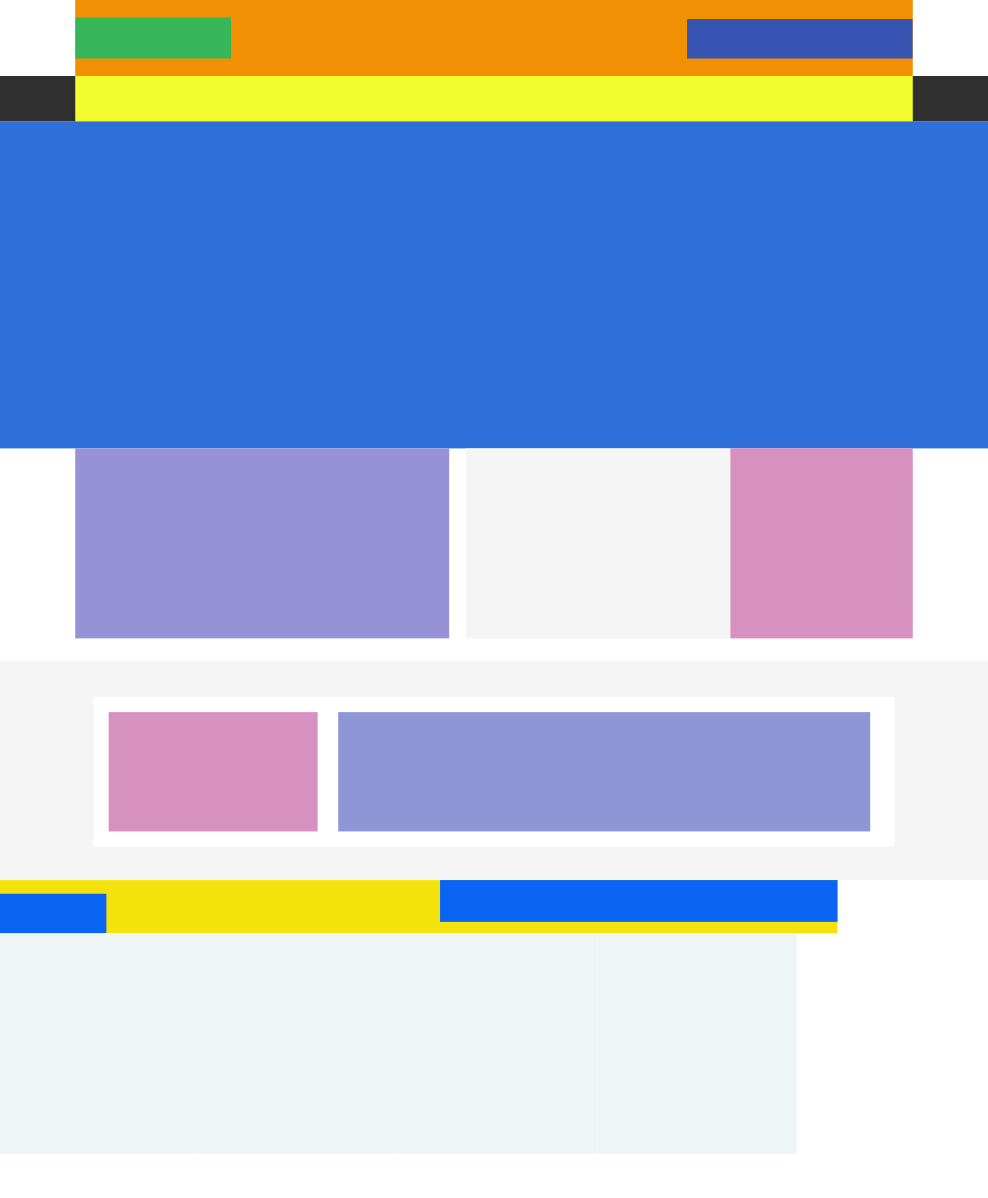
Repository: A1LExX/H5_study_set
Page: day04/扣丁.html
An editor plug-in stored every save of this project. The page is shown before and after the next save, followed by the edit.
The browser window is 1280 px wide. The page is 1300 px wide, so the pictures cover 1300 px, including what lies to the right of the window. The pictures show the whole page, at 76% of full size.

Above is the page before, as saved 2021-06-24 22:24:59.

### day04/扣丁.html
<!--
@author [Alex Wei]
@email [w2262196@outlook.com]
@create date 2021-06-24 19:47:26
@modify date 2021-06-24 20:46:20
@desc [description]
-->
<!DOCTYPE html>
<html lang="en">

<head>
    <meta charset="UTF-8">
    <meta http-equiv="X-UA-Compatible" content="IE=edge">
    <meta name="viewport" content="width=device-width, initial-scale=1.0">
    <title>扣丁学堂</title>
    <link rel="stylesheet" href="./css/codingke.css">
</head>

<body>
    <div class="header">
        <div class="insideHeader">
            <div class="leftBox"></div>
            <div class="rightBox"></div>
        </div>
    </div>
    <div class="con1">
        <div class="out1"></div>
    </div>
    <div class="con2"></div>
    <div class="con3">
        <div class="out2">
            <div class="con3Box1"></div>
            <div class="con3Box2"></div>
            <div class="con3Box3"></div>
        </div>
    </div>
    <div class="con4">
        <div class="out3">
            <div class="con4Box1"></div>
            <div class="con4Box2"></div>
        </div>
    </div>
    <div class="con5">
        <div out="out4">
            <div class="out4_1">
                <div class="out4_1Box1"></div>
                <div class="out4_1Box2"></div>
            </div>
            <div class="out4_2">
                <div class="out4_2Box1"></div>
                <div class="out4_2Box2"></div>
                <div class="out4_2Box3"></div>
                <div class="out4_2Box4"></div>
            </div>
        </div>
    </div>
</body>

</html>

### day04/css/codingke.css
/**
 * @author [Alex Wei]
 * @email [w2262196@outlook.com]
 * @create date 2021-06-24 13:00:50
 * @modify date 2021-06-24 22:24:59
 * @desc [description]
 */
*{
    padding: 0;
    margin: 0;
}
.header{
    width: 1300px;
    height: 100px;
}
.insideHeader{
    width: 1102px;
    height: 100px;
    background: #f29004;
    overflow: hidden;
    margin: 0 auto;
}
.leftBox{
    width: 205px;
    height: 54px;
    background: #36b559;
    float: left;
    margin-top: 23px;
}
.rightBox{
    width: 297px;
    height: 52px;
    background: #3754b3;
    float: right;
    margin-top: 25px;
}
.con1{
    width: 1300px;
    height: 60px;
    background: #2f2f2f;
}
.out1{
    width: 1102px;
    height: 60px;
    background: #f2fb2b;
    margin: 0 auto;
}
.con2{
    width: 1300px;
    height: 430px;
    background: #2f6fd9;
}
.con3{
    width: 1300px;
    height: 250px;
    padding-bottom: 30px;
}
.out2{
    width: 1102px;
    height: 250px;
    margin: 0 auto;
}
.con3Box1{
    width: 492px;
    height: 250px;
    background: #9791d6;
    float: left;
    margin-right: 22px;
}
.con3Box2{
    width: 348px;
    height: 250px;
    float: left;
    background: #f5f5f5;
}
.con3Box3{
    width: 240px;
    height: 250px;
    float: left;
    background: #d691c0;
}
.con4{
    width: 1300px;
    height: 288px;
    background: #f5f5f5;
    overflow: hidden;
}
.out3{
    width: 1002px;
    height: 157px;
    background: #ffffff;
    margin: 0 auto;
    padding-top: 20px;
    padding-right:32px;
    padding-left: 20px;
    padding-bottom: 20px;
    margin-top: 47px;
    margin-bottom: 45px;
}
.con4Box1{
    width: 275px;
    height: 157px;
    background: #d691c0;
    float: left;
    margin-right: 27px;

}
.con4Box2{
    width: 700px;
    height: 157px;
    background: #8f96d5;
    float: left;
}
.con5{
    width: 1300px;
    height: 418px;
}
.out4{
    width: 1102px;
    height: 328px;
    padding-top: 15px;
    padding-bottom: 30px;
}
.out4_1{
    width: 1102px;
    height: 70px;
    background: #f4e20c;
}
.out4_2{
    width: 1102px;
    height: 290px;
}
.out4_1Box1{
    width: 140px;
    height: 52px;
    float: left;
    background: #0b65f4;
    margin-top: 18px;
}
.out4_1Box2{
    width: 523px;
    height: 55px;
    float: right;
    background: #0b65f4;
}
.out4_2Box1{
    width: 262px;
    height: 290px;
    float: left;
    background: #eff4f5;
}
.out4_2Box2{
    width: 262px;
    height: 290px;
    float: left;
    background: #eff4f5;
}
.out4_2Box3{
    width: 262px;
    height: 290px;
    float: left;
    background: #eff4f5;
}
.out4_2Box4{
    width: 262px;
    height: 290px;
    float: left;
    background: #eff4f5;
}

After the next save:
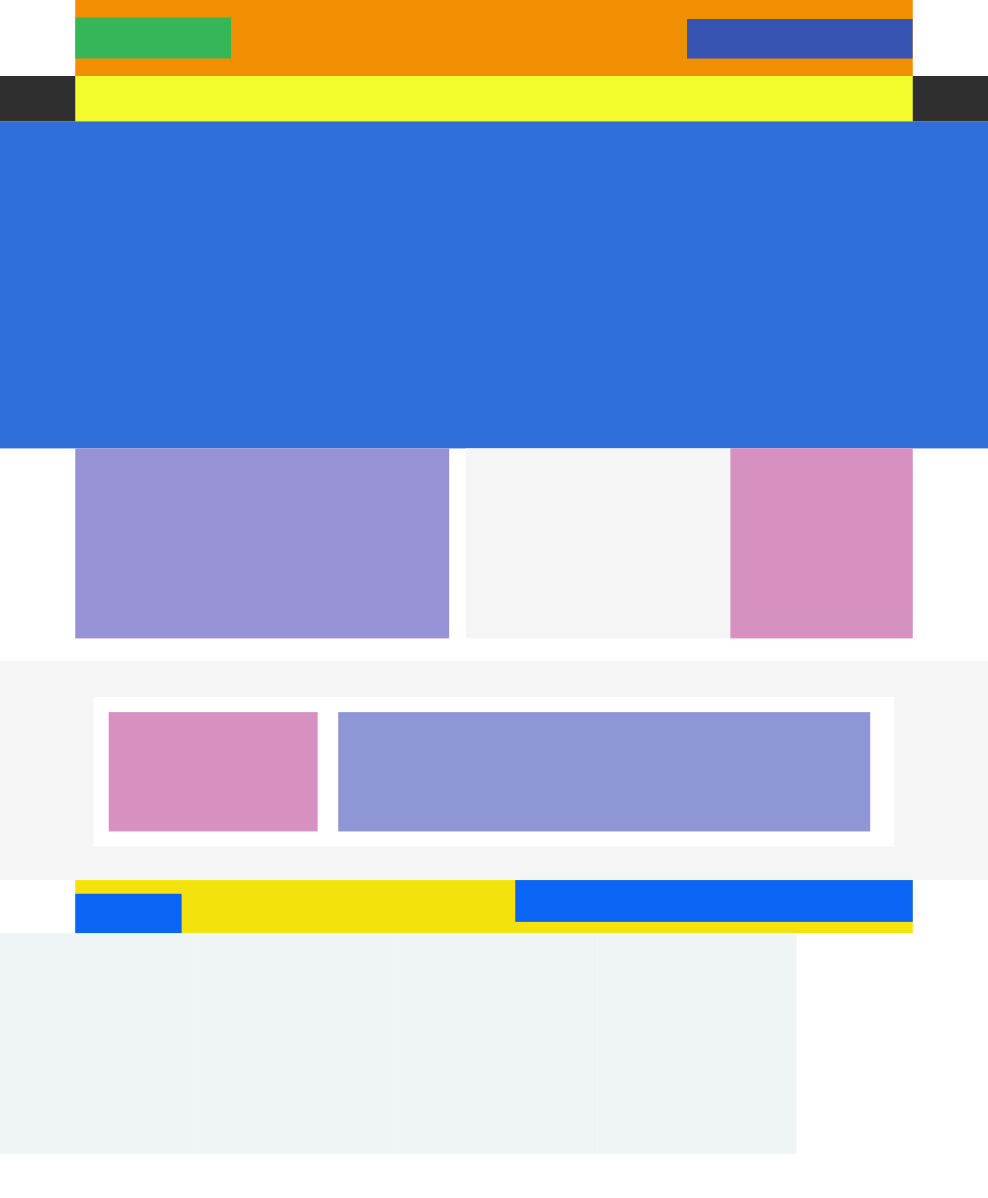
Saved 20 s later.
--- a/day04/css/codingke.css
+++ b/day04/css/codingke.css
@@ -2,7 +2,7 @@
  * @author [Alex Wei]
  * @email [w2262196@outlook.com]
  * @create date 2021-06-24 13:00:50
- * @modify date 2021-06-24 22:24:59
+ * @modify date 2021-06-24 22:25:19
  * @desc [description]
  */
 *{
@@ -125,6 +125,7 @@
     width: 1102px;
     height: 70px;
     background: #f4e20c;
+    margin: 0 auto;
 }
 .out4_2{
     width: 1102px;
